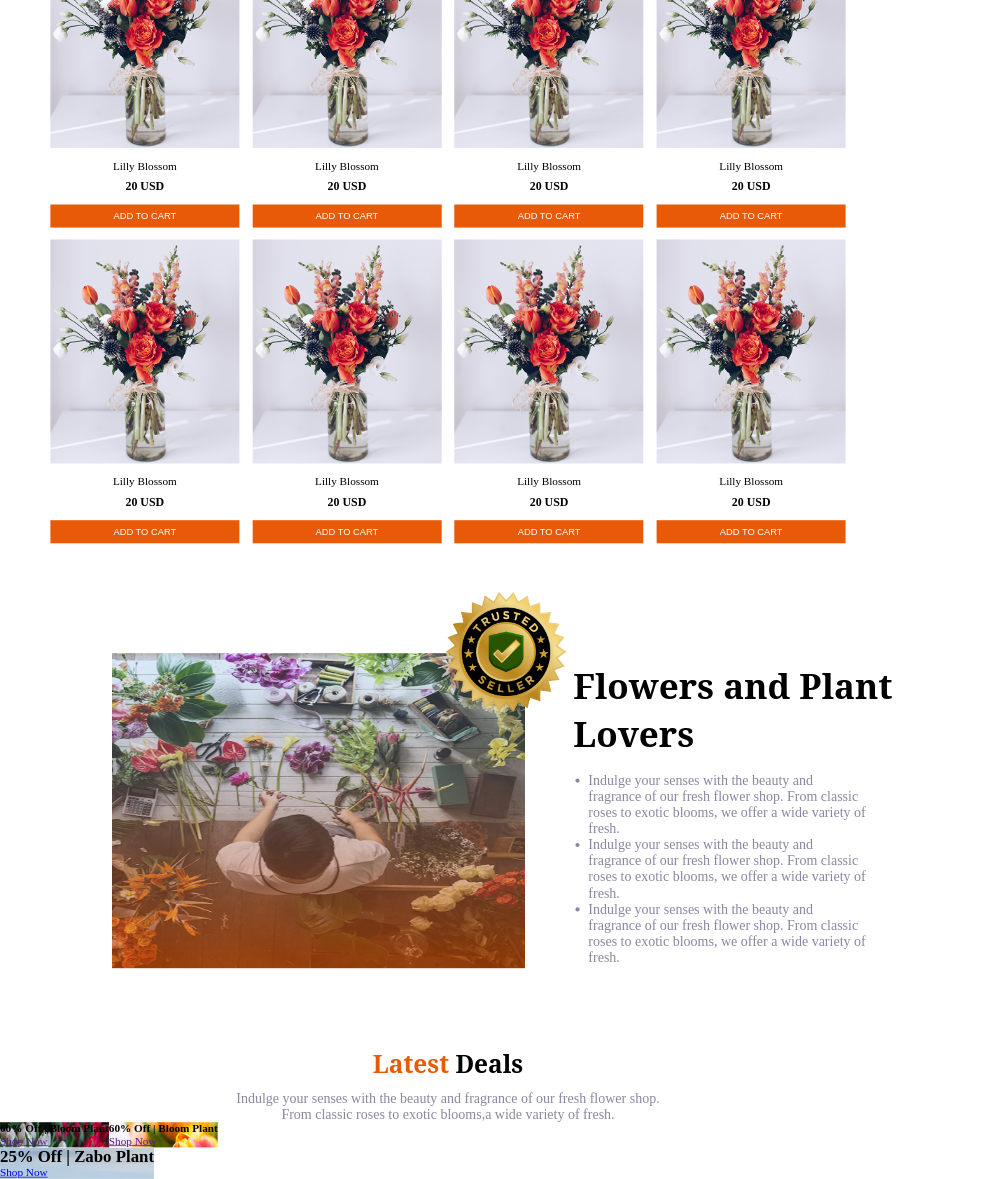
Repository: dollyrakhe22/Flowers-main-website
Page: index.html
These files come from the project's save history. The page is drawn as it stood at one moment and after the next save; the edit follows.
The browser window is 1280 px wide. The page is 1410 px wide, so the pictures cover 1410 px, including what lies to the right of the window. The pictures show the part of the page from y = 1073 to 2793 px (the page is 2757 px tall before and 2793 px after), at 70% of full size.
Some web libraries are served in a nearby version.

Above is the page before, as saved 2025-07-24 14:37:03.

After the next save:
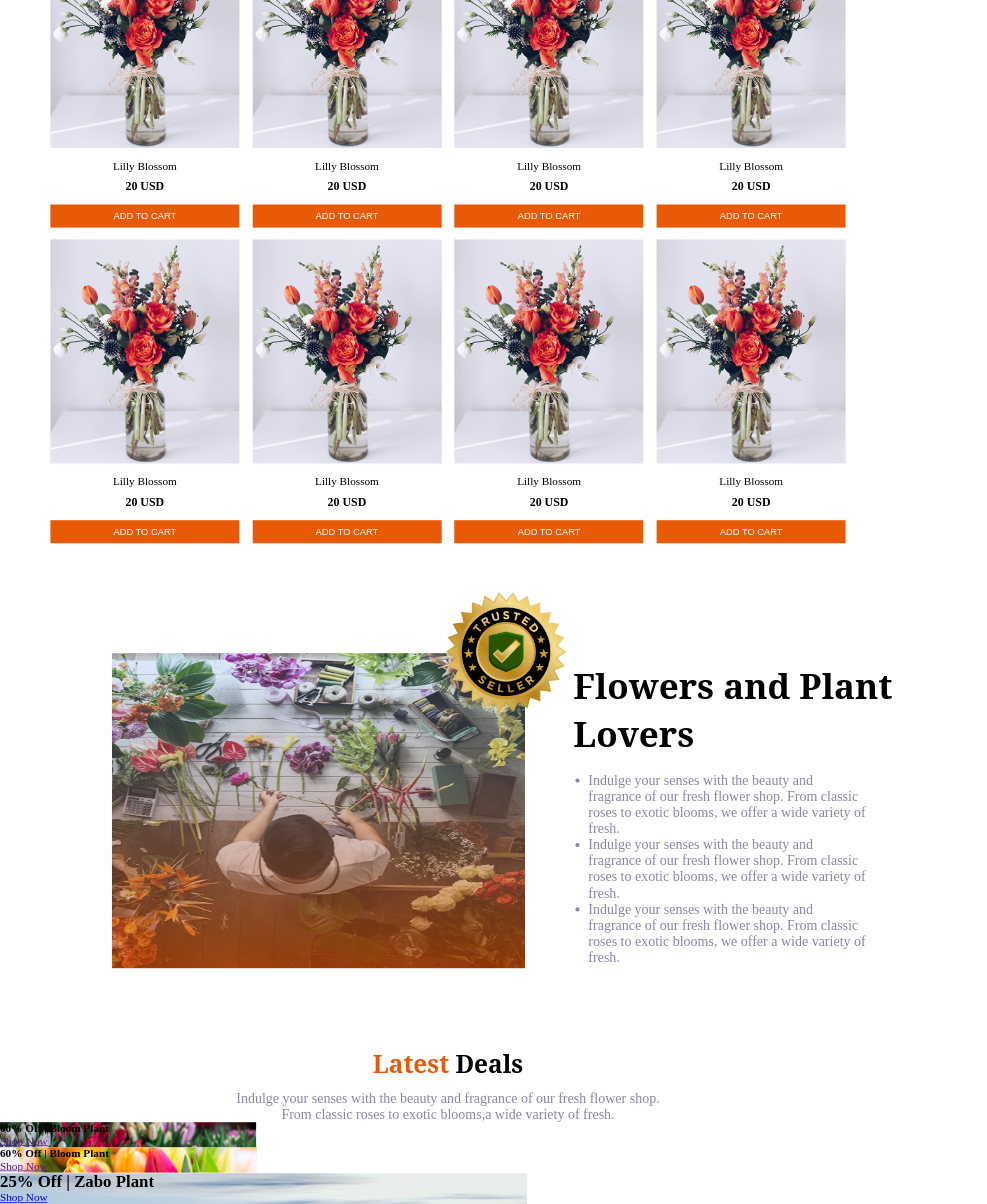
Saved 17 s later.
--- a/style.css
+++ b/style.css
@@ -195,6 +195,3 @@
     display: grid;
     grid-template-columns: repeat(1,1fr);
 }
-.row{
-    display: flex;
-}
